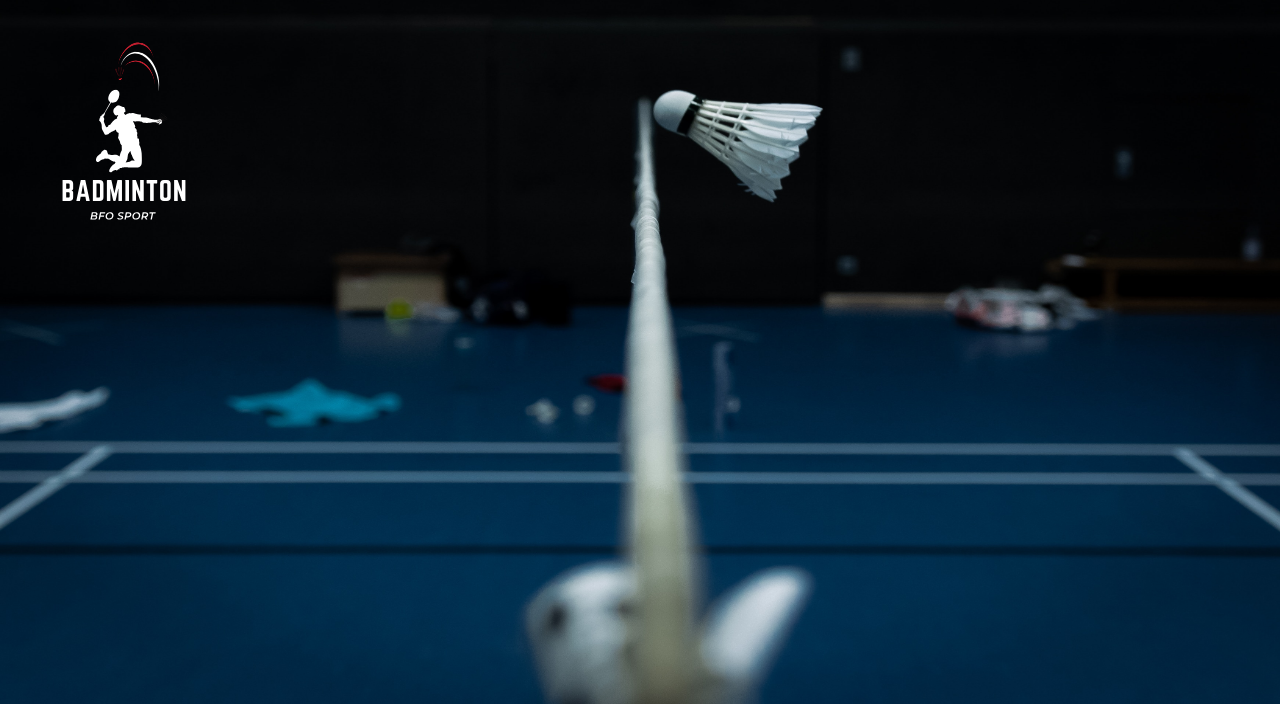
Repository: tsthuy/Badminton
Page: index.html
These files come from the project's save history. The page is drawn as it stood at one moment and after the next save; the edit follows.
The browser window is 1280 px wide. The pictures show the whole page.
Some web libraries are served in a nearby version.

Above is the page before, as saved 2023-10-13 20:53:08.

### index.html
<!DOCTYPE html>
<html lang="en">
<head>
    <meta charset="UTF-8">
    <meta name="viewport" content="width=device-width, initial-scale=1.0">
    <link rel="stylesheet" href="https://cdn.jsdelivr.net/npm/bootstrap@4.0.0/dist/css/bootstrap.min.css" integrity="sha384-Gn5384xqQ1aoWXA+058RXPxPg6fy4IWvTNh0E263XmFcJlSAwiGgFAW/dAiS6JXm" crossorigin="anonymous">
    <link rel="stylesheet" href="main.css">

    <title>Badminton</title>
</head>
<body>
<div class="">
    <img class="logo" src="./Image/sport center (1).svg" />
</div>
<ul class="nav justify-content-center">
  <li class="nav-item">
    <a class="nav-link active" href="#">Active</a>
  </li>
  <li class="nav-item">
    <a class="nav-link" href="#">Link</a>
  </li>
  <li class="nav-item">
    <a class="nav-link" href="#">Link</a>
  </li>
  <li class="nav-item">
    <a class="nav-link disabled" href="#">Disabled</a>
  </li>
</ul>
   <div class="background_cover">

    <img class="bg_img" src="./Image/stephan-rothe-VePgmkq3hHI-unsplash.jpg" alt="" style="">
   </div>

</body>

<script src="https://code.jquery.com/jquery-3.2.1.slim.min.js" integrity="sha384-KJ3o2DKtIkvYIK3UENzmM7KCkRr/rE9/Qpg6aAZGJwFDMVNA/GpGFF93hXpG5KkN" crossorigin="anonymous"></script>
<script src="https://cdn.jsdelivr.net/npm/popper.js@1.12.9/dist/umd/popper.min.js" integrity="sha384-ApNbgh9B+Y1QKtv3Rn7W3mgPxhU9K/ScQsAP7hUibX39j7fakFPskvXusvfa0b4Q" crossorigin="anonymous"></script>
<script src="https://cdn.jsdelivr.net/npm/bootstrap@4.0.0/dist/js/bootstrap.min.js" integrity="sha384-JZR6Spejh4U02d8jOt6vLEHfe/JQGiRRSQQxSfFWpi1MquVdAyjUar5+76PVCmYl" crossorigin="anonymous"></script>
    </script>
</html>

### main.css
.logo
{
    width: 300px;
   position: absolute;
   left: -26px;
   top: 0;
}
.bg_img
{
    height: 100vh;
    width: 100%;
    margin-top: -56px;
}

.nav_center
{
    display: flex;
    justify-content: center;
}

After the next save:
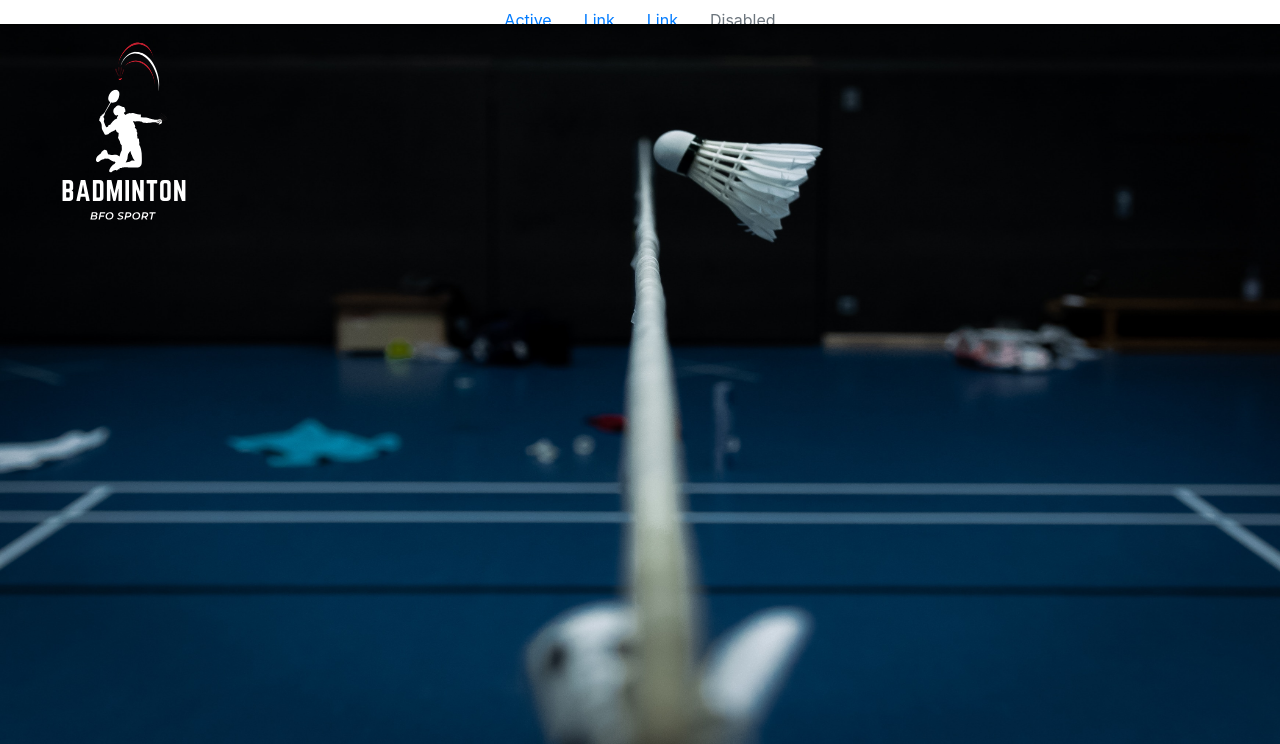
Saved 53 s later.
--- a/index.html
+++ b/index.html
@@ -11,6 +11,22 @@
 <body>
 <div class="">
     <img class="logo" src="./Image/sport center (1).svg" />
+</div>
+<div class="center_item_header">
+<ul class="nav justify-content-center">
+  <li class="nav-item">
+    <a class="nav-link active" href="#">Active</a>
+  </li>
+  <li class="nav-item">
+    <a class="nav-link" href="#">Link</a>
+  </li>
+  <li class="nav-item">
+    <a class="nav-link" href="#">Link</a>
+  </li>
+  <li class="nav-item">
+    <a class="nav-link disabled" href="#">Disabled</a>
+  </li>
+</ul>
 </div>
 <ul class="nav justify-content-center">
   <li class="nav-item">
